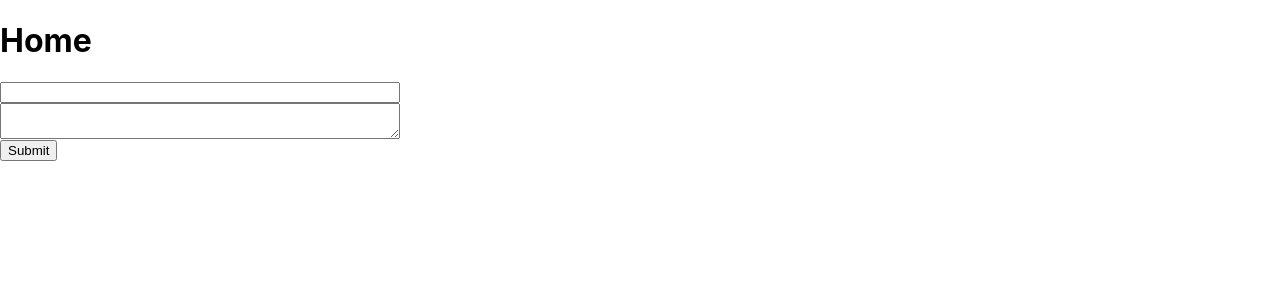
Repository: shaelorch/comp-week4
Page: /addPosts
The author's editor kept a copy of each file at every save. The page is drawn from the files as they stood at one save, then again after the next save.
The browser window is 1280 px wide. The pictures show the whole page.
The project was rebuilt for these pictures with package versions that can differ from the ones it lists, and the page was loaded fresh each time. The framework's server and built-in components were replaced by stand-ins that run in the browser. Also part of the build but not shown: next.config.js.

Above is the page before, as saved 2023-01-31 22:59:58.

### pages/addPosts.js
import { useState } from 'react'
import axios from 'axios'
import { useEffect } from 'react'

export default function Home({posts}) {
    const [title, setTitle] = useState('')
    const [content, setContent] = useState('')

  const handleSubmit = async (e) => {
  e.preventDefault()
  const res = await axios.post('/api/posts', { title, content })
    console.log(res.data)
  }

  return <div>
  <h1>Home</h1>

        <form onSubmit={handleSubmit} style={{display: "flex", flexDirection: "column", maxWidth: "400px"}}>
          <input type="text" value={title} onChange={(e) => setTitle(e.target.value)} />
          <textarea value={content} onChange={(e) => setContent(e.target.value)} />

            <a href='/'>
            <button type="submit">Submit</button>
            </a>
        </form>

    </div>
  }

Loaded but not shown: pages/_app.js (common file); styles/globals.css (common file)

After the next save:
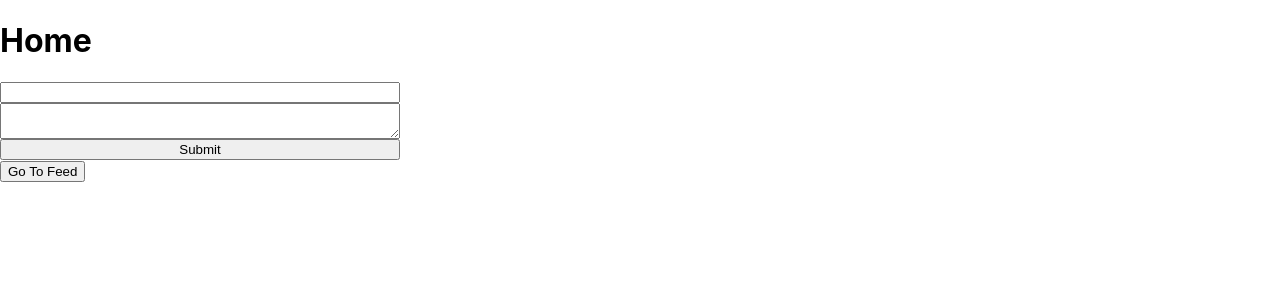
Saved 40 s later.
--- a/pages/addPosts.js
+++ b/pages/addPosts.js
@@ -19,10 +19,10 @@ export default function Home({posts}) {
           <input type="text" value={title} onChange={(e) => setTitle(e.target.value)} />
           <textarea value={content} onChange={(e) => setContent(e.target.value)} />
 
-            <a href='/'>
+
             <button type="submit">Submit</button>
-            </a>
         </form>
+        <button>Go To Feed</button>
 
     </div>
   }
